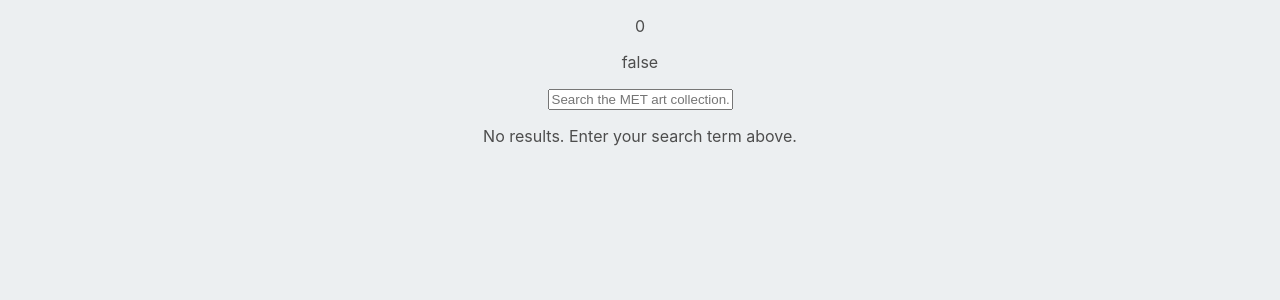
Repository: edulis8/MetSearchTool
Page: /
These files come from the project's save history. The page is drawn as it stood at one moment and after the next save; the edit follows.
The browser window is 1280 px wide. The pictures show the whole page.
The project was rebuilt for these pictures with package versions that can differ from the ones it lists, and the page was loaded fresh each time. Also part of the build but not shown: src/Pokecard.css, src/Pokecard.js, src/Pokedex.js.

Above is the page before, as saved 2020-01-16 11:59:09.

### src/App.js
import React from 'react';
import './App.css';
import Pokedex from './Pokedex';
import PokeGame from './PokeGame';

function App() {
  return (
    <div className="App">
      <PokeGame />
    </div>
  );
}

export default App;

### src/PokeGame.js
import React, { Component } from 'react'
// import Pokedex from './Pokedex';
import Axios from 'axios';
import Pokecard from './Pokecard';
// import './Pokedex.css';
const MET_API_BASE = 'https://collectionapi.metmuseum.org/public/collection/v1';

const debounce = (fn, delay) => {
    let timer = null;
    return function (...args) {
        const context = this;
        timer && clearTimeout(timer);
        timer = setTimeout(() => {
            fn.apply(context, args);
        }, delay);
    };
}


class PokeGame extends Component {
    constructor(props) {
        super(props);
        this.state = {
            objects: [],
            searchTerm: '',
            searching: false
        }
        this.handleSearchInputChanges = this.handleSearchInputChanges.bind(this);
        this.search = debounce(this.search, 300);
    }
    // static defaultProps = {
    //     test: [
    //     ]
    // }
    handleSearchInputChanges(e) {
        const searchTerm = e.target.value;
        this.setState({ searchTerm })
        // console.log(this.state.searchTerm);
        this.search(searchTerm);
    }
    search(searchTerm) {
        console.log('searchTerm state', this.state.searchTerm);
        console.log('searchTerm local', searchTerm);
        this.setState({ objects: [], searching: true })

        Axios.get(`${MET_API_BASE}/search?q=${searchTerm}`).then((response) => {
            // console.log(response.data.objectIDs.slice(0, 20));
            // console.log(response.status, response.statusText);
            console.log('RESPONSE', response);
            if (response.data.objectIDs) {
                const objectIDs = response.data.objectIDs.slice(0, 20);
                objectIDs.forEach((id, idx) => {
                    Axios.get(`${MET_API_BASE}/objects/${id}`).then((response) => {
                        // console.log(idx, response.data);
                        const newObjects = [...this.state.objects, response.data];
                        // newObjects.push(response.data);
                        this.setState({ objects: newObjects })
                    })
                });
            } else {
                this.setState({ objects: [] })
            }
            this.setState({ searching: false });
        });
    }
    componentDidMount() {
        console.log('didMount');
    }
    render() {
        return (
            <div className='Pokedex'>
                <p>{this.state.objects.length}</p>
                <p>{this.state.searching.toString()}</p>

                <input type="text" placeholder="Search the MET art collection..." onChange={this.handleSearchInputChanges} />
                <div class="Pokedex-cards">
                    {this.state.objects.map(object =>
                        // <img src={object.primaryImage}></img>
                        <div className='Pokedex-cards'>
                            <Pokecard {...object} />
                        </div>

                    )}
                    {!this.state.objects.length && !this.state.searching && <p>No results. Enter your search term above.</p>}
                    {this.state.searching && <p>Searching...</p>}
                </div>
            </div>
        )
    }
}

export default PokeGame;

### src/Pokedex.css
.Pokedex {
    text-align: center;
}
.Pokedex-cards {
    display: flex;
    justify-content: space-evenly;
    flex-wrap: wrap;
}

Loaded but not shown: public/index.html (common file); src/index.js (common file); src/index.css (common file); src/serviceWorker.js (common file); src/App.css (common file)

After the next save:
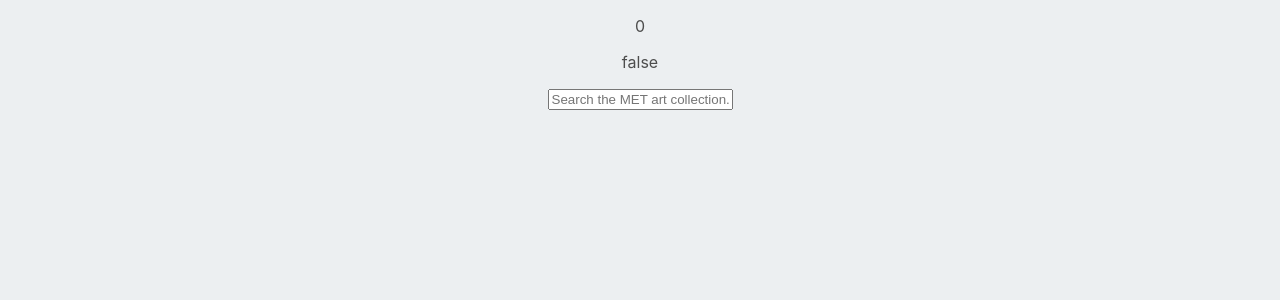
Saved 30 s later.
--- a/src/PokeGame.js
+++ b/src/PokeGame.js
@@ -81,7 +81,7 @@
                         </div>
 
                     )}
-                    {!this.state.objects.length && !this.state.searching && <p>No results. Enter your search term above.</p>}
+                    {/* {!this.state.objects.length && !this.state.searching && <p>No results. Enter your search term above.</p>} */}
                     {this.state.searching && <p>Searching...</p>}
                 </div>
             </div>

After the save that followed:
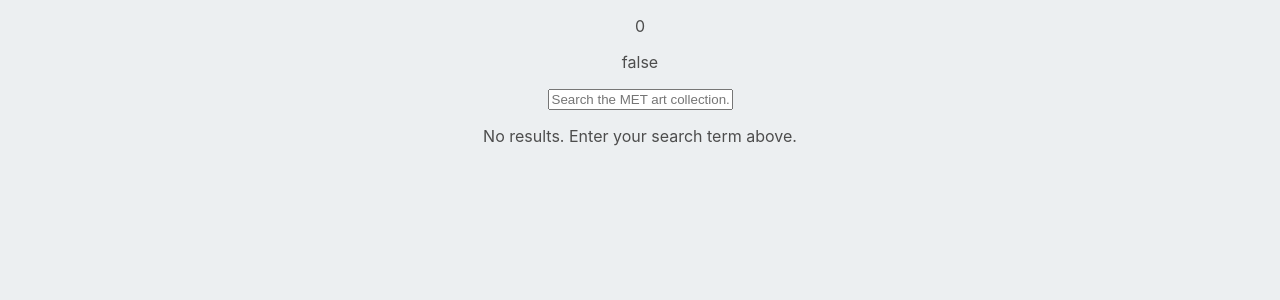
Saved 45 s later.
--- a/src/PokeGame.js
+++ b/src/PokeGame.js
@@ -81,7 +81,7 @@
                         </div>
 
                     )}
-                    {/* {!this.state.objects.length && !this.state.searching && <p>No results. Enter your search term above.</p>} */}
+                    {!this.state.objects.length && !this.state.searching && <p>No results. Enter your search term above.</p>}
                     {this.state.searching && <p>Searching...</p>}
                 </div>
             </div>
